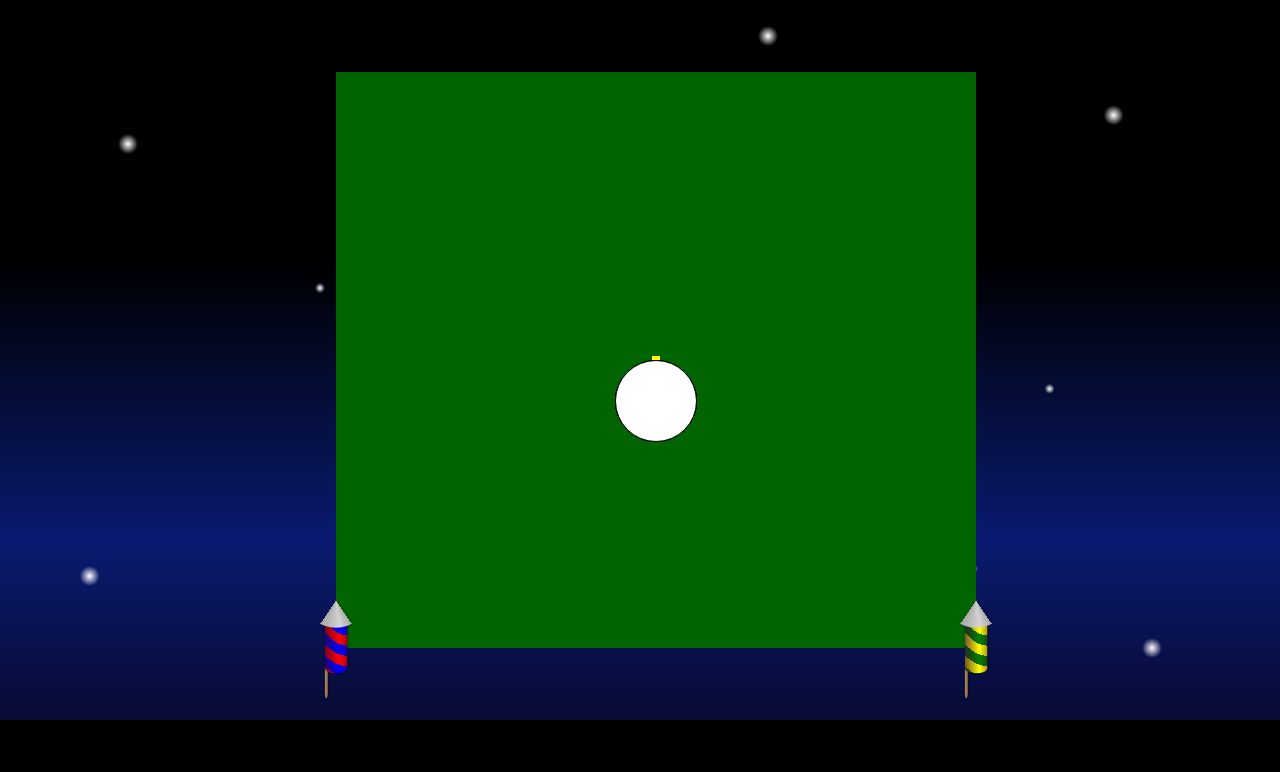
Repository: juliandecloe/CSS-To-The-Rescue---Julian-de-Cloe
Page: index.html
These files come from the project's save history. The page is drawn as it stood at one moment and after the next save; the edit follows.
The browser window is 1280 px wide. The pictures show the whole page.

Above is the page before, as saved 2022-03-10 17:28:32.

After the next save:
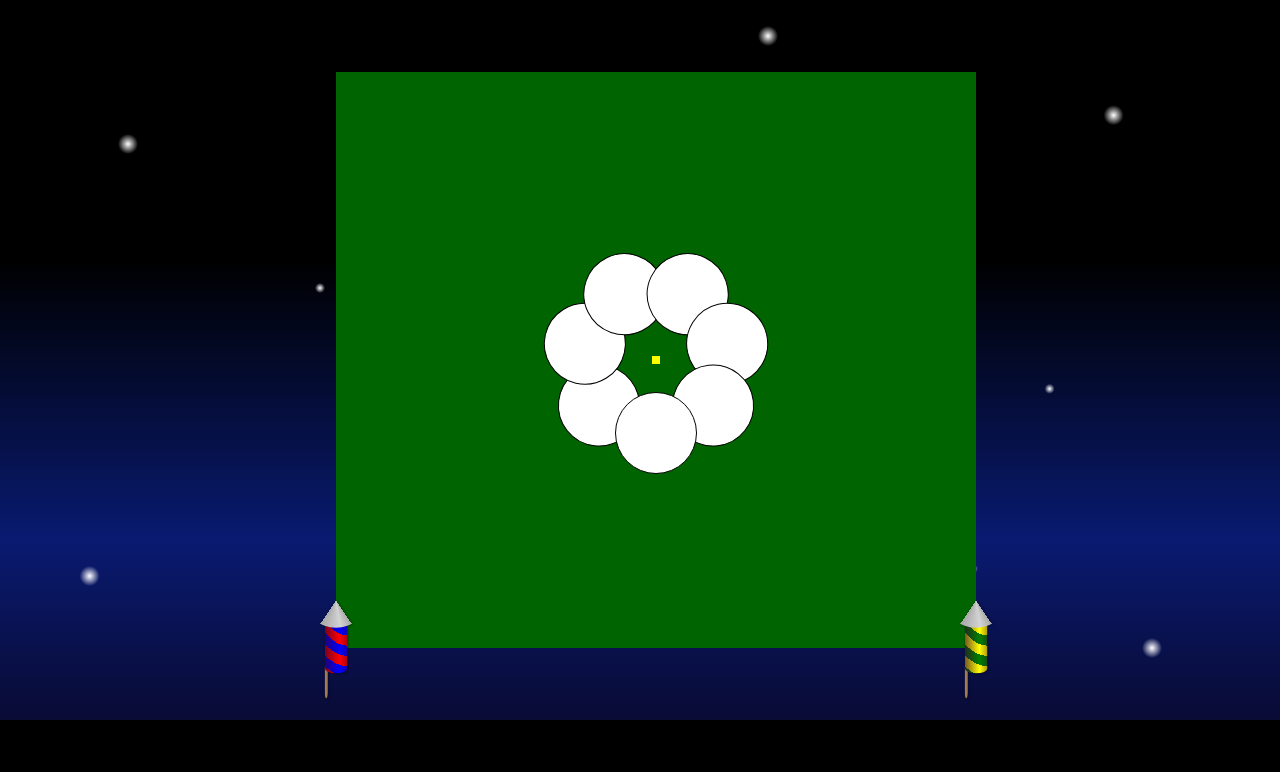
Saved 16 s later.
--- a/style.css
+++ b/style.css
@@ -592,7 +592,7 @@ article li {
 	height: 5rem;
 	border: 1px solid black;
 	transform-origin: center top;
-	transform: rotate(var(--rotate3)) translateY(2rem);
+	transform: var(--rotate3) translateY(2rem);
 }
 
 /* article li:first-child {
